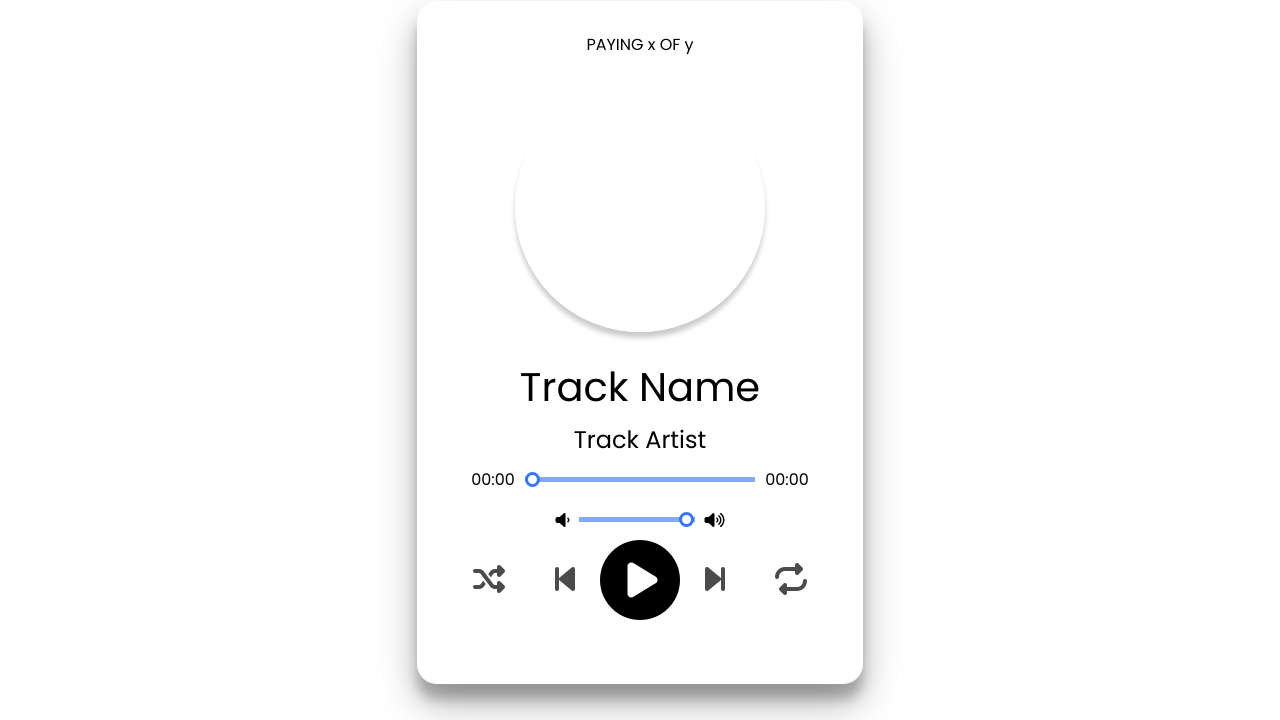
Repository: NguyenVietPhuQuy/Javascript-AudioPlayer
Page: index.html
The author's editor kept a copy of each file at every save. The page is drawn from the files as they stood at one save, then again after the next save.
The browser window is 1280 px wide. The pictures show the whole page.
Pictures or frames that could not be fetched are drawn as grey boxes.

Above is the page before, as saved 2022-11-09 10:05:50.
Console error: TypeError: Cannot read properties of null (reading 'style')

After the next save:
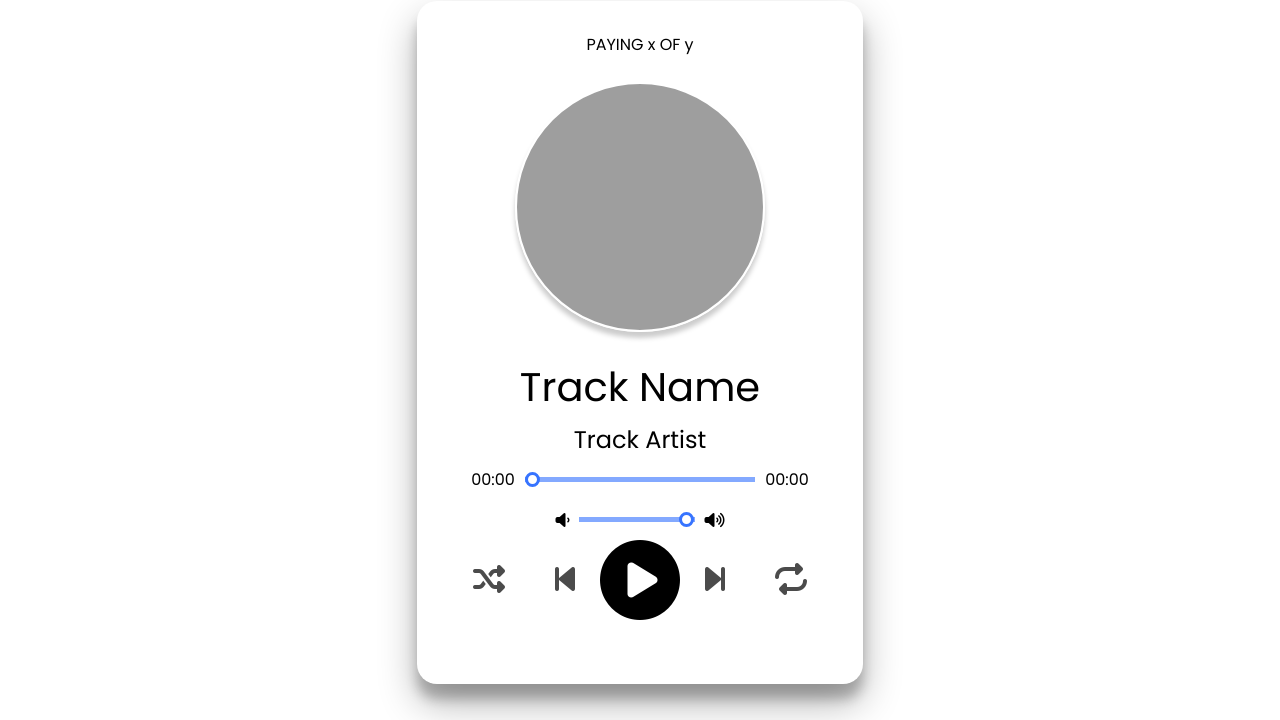
Console error: TypeError: Cannot set properties of null (setting 'textContent')
Saved 60 s later.
--- a/index.js
+++ b/index.js
@@ -1,9 +1,9 @@
 let now_playing = document.querySelector('.now-playing');
-let track_art = document.querySelector('track-art');
+let track_art = document.querySelector('.track-art');
 let track_name = document.querySelector('.track_name');
 let track_artist = document.querySelector('.track-artist');
 
-let playPause_btn = document.querySelector('playPause-track');
+let playPause_btn = document.querySelector('.playPause-track');
 let next_btn = document.querySelector('.next-track');
 let prev_btn = document.querySelector('.prev_track');
 
@@ -11,7 +11,7 @@ let seek_slider = document.querySelector('.seek_slider');
 let volume_slider = document.querySelector('.volume_slider');
 let curr_time = document.querySelector('.current-time');
 let total_duration = document.querySelector('.total-duration');
-let wave = document.querySelector('wave');
+let wave = document.querySelector('.wave');
 let randomIcon = document.querySelector('.fa-random');
 let curr_track = document.createElement('audio');
 
